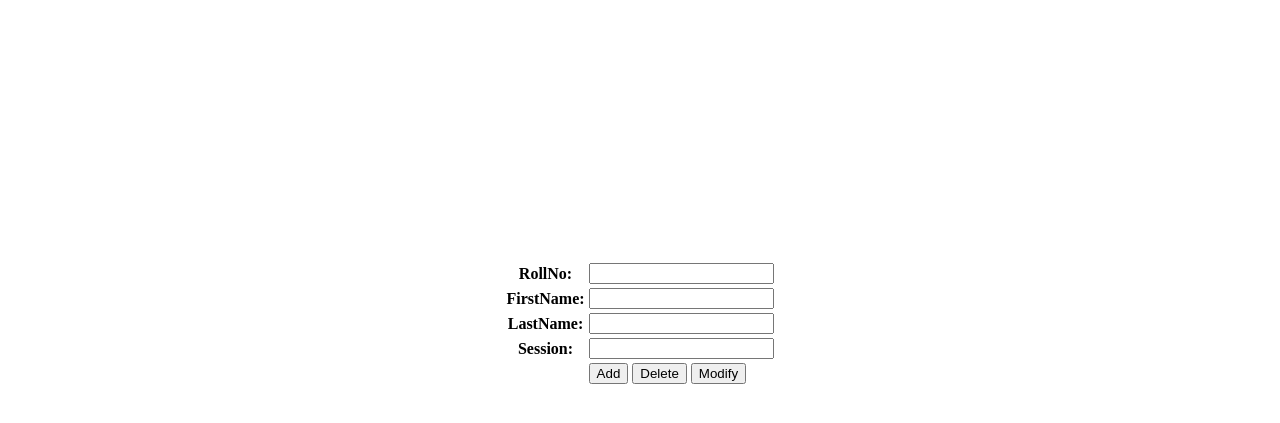
Repository: TraptiBhagat/AdvanceJava
Page: http://localhost/Student_Proj/StudentView.jsp
These files come from the project's save history. The page is drawn as it stood at one moment and after the next save; the edit follows.
The browser window is 1280 px wide. The pictures show the whole page.
The page is served by Tomcat 9. Other server files are loaded and not shown.

Above is the page before, as saved 2022-03-25 09:05:14.

### Advance workspace/Student_Proj/src/main/webapp/StudentView.jsp
<%@ page language="java" contentType="text/html; charset=ISO-8859-1"
	pageEncoding="ISO-8859-1"%>
<!DOCTYPE html>
<html>
<head>
<meta charset="ISO-8859-1">
<title>Student Form</title>
</head>
<body>
	<form action="" method="post">
		<br> <br> <br> <br> <br> <br> <br>
		<br> <br> <br> <br> <br> <br> <br>
		<table align="center">
			<tr>
				<th>RollNo:</th>
				<td><input type="text" name="rollno"></td>
			</tr>
			<tr>
				<th>FirstName:</th>
				<td><input type="text" name="firstname"></td>
			</tr>
			<tr>
				<th>LastName:</th>
				<td><input type="text" name="lastname"></td>
			</tr>
			<tr>
				<th>Session:</th>
				<td><input type="text" name="session"></td>
			</tr>
			<tr>
				<th></th>
				<td><input type="submit" value="Add" name="operation">
					<input type="submit" value="Delete" name="operation"> <input
					type="submit" value="Modify" name="operation"></td>
			</tr>

		</table>

	</form>
</body>
</html>

After the next save:
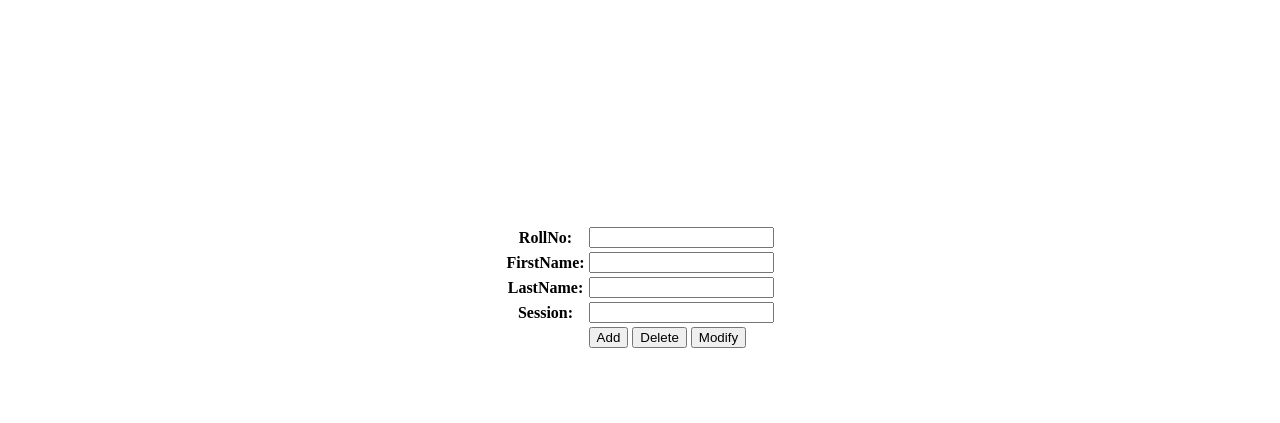
Saved 14 s later.
--- a/Advance workspace/Student_Proj/src/main/webapp/StudentView.jsp
+++ b/Advance workspace/Student_Proj/src/main/webapp/StudentView.jsp
@@ -8,8 +8,8 @@
 </head>
 <body>
 	<form action="" method="post">
-		<br> <br> <br> <br> <br> <br> <br>
-		<br> <br> <br> <br> <br> <br> <br>
+		<br> <br> <br> <br> <br> <br>
+		<br> <br> <br> <br> <br> <br>
 		<table align="center">
 			<tr>
 				<th>RollNo:</th>
